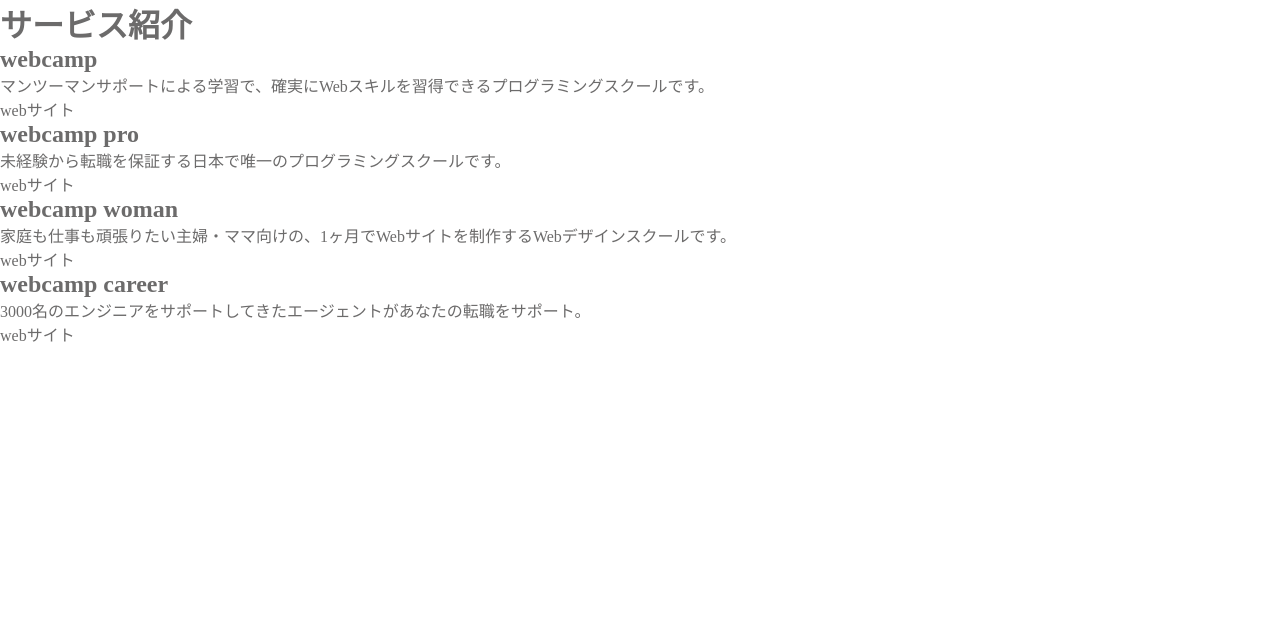
Repository: Souax/prac_20231021
Page: dev/2.html
The author's editor kept a record of every edit. The page is drawn from the files as they stood at one moment, then again after the next edit.
The browser window is 1280 px wide. The pictures show the whole page.

Above is the page before.

### dev/2.html
<!DOCTYPE html>

<html lang="ja">
  <head>
    <meta charset="UTF-8">
    <title>2章演習</title>
    <link rel="stylesheet" href="style.css">
  </head>
  <body>
    <h1>サービス紹介</h1>

    <h2>webcamp</h2>
    <p>マンツーマンサポートによる学習で、確実にWebスキルを習得できるプログラミングスクールです。</p>
    <a href="https://web-camp.io/">webサイト</a>

    <h2>webcamp pro</h2>
    <p>未経験から転職を保証する日本で唯一のプログラミングスクールです。</p>
    <a href="http://web-camp.io/pro/">webサイト</a>

    <h2>webcamp woman</h2>
    <p>家庭も仕事も頑張りたい主婦・ママ向けの、1ヶ月でWebサイトを制作するWebデザインスクールです。</p>
    <a href="http://web-camp.io/woman/">webサイト</a>

    <h2>webcamp career</h2>
    <p>3000名のエンジニアをサポートしてきたエージェントがあなたの転職をサポート。</p>
    <a href="http://web-camp.io/career/">webサイト</a>
  </body>

</html>

### caravan/style.css
*{
  margin:0;
  padding:0;
  box-sizing:border-box;
  color:#6c6b6b;
}

a{
  text-decoration:none;
}

header{
  width:90%;
  padding:15px 0;
  margin:0 auto;
  text-align:center;
}

header .heading{
  font-size:32px;
}

.nav-list{
  text-align:center;
  padding:10px 0;
  margin:0 auto;
}

.nav-list-item{
  list-style: none;
  display:inline-block;
  margin:0 20px;
}

.main-visual{
  width:100%;
  height:300px;
  background-image:url(img/mv.jpg);
  background-size:cover;
  background-position:center;
}

.main-visual-content{
  width:40%;
  height:300px;
  background-color:rgba(0,0,0,0.5);
  text-align:center;
  padding-top:105px;
}

.main-visual-text{
  color:#fff;
}

.main-visual-name{
  margin-top:30px;
  color:#fff;
}

main{
  width:800px;
  display:flex;
  justify-content:center;
  margin:0 auto;
  padding:70px 0;
}

.blog{
  width:540px;
  margin-right:30px;
}

.blog-heading{
  border-bottom:8px solid #f7f7f7;
  text-align:center;
  line-height:0.6;
}

.blog-box{
  padding-top:50px;
}

.blog-item{
  padding-bottom:20px;
  margin-bottom:20px;
  border-bottom:1px solid #f7f7f7;
  display:flex;
  justify-content:flex-start;
}

.blog-image{
  height:180px;
}

.blog-text{
  padding:25px 0 0 30px;
}

.blog-text-heading{
  padding-bottom:15px;
}

.blog-date{
  font-size:12px;
  display:inline-block;
}

.category {
  display: inline-block;
  padding: 5px 8px;
  background-color: #acabab;
  border-radius: 3px;
  color: #fff;
  font-size: 11px;
}


.pagination{
  text-align:center;
  padding-top:50px;
}

.pagination p{
  display:inline-block;
  width:30px;
  height:30px;
  margin:0 5px;
  color:#fff;
  background-color:#acabab;
  border-radius:3px;
  line-height: 30px
}
.sidebar{
  width:230px;
}

.common-heading{
  border-bottom:8px solid #f7f7f7;
  text-align:center;
  line-height:0.6;
}

.sidebar-contents{
  padding:50px 0;
}

.popular-text,
.categories-text {
  padding-bottom: 5px;
  border-bottom: 1px solid #f7f7f7;
  margin-bottom: 5px;
}
.popular-text:last-child,
.categories-text:last-child {
  margin: 0;
  padding: 0;
  border: none;
}

.instagram .sidebar-contents {
  display: flex;
  flex-wrap: wrap;
}


.instagram-box {
  width: 110px;
  padding-top: 110px;
  background-size: cover;
  background-position: center;
  margin-bottom: 10px;
}

.instagram-box:nth-child(odd) {
  margin: 0 10px 10px 0;
}

.instagram-box:nth-child(1) {
  background-image: url(img/airport.jpg);
}

.instagram-box:nth-child(2) {
  background-image: url(img/japan.jpg);
}

.instagram-box:nth-child(3) {
  background-image: url(img/snow.jpg);
}

.instagram-box:nth-child(4) {
  background-image: url(img/japan2.jpg);
}

.instagram-box:nth-child(5) {
  background-image: url(img/lake.jpg);
}

.instagram-box:nth-child(6) {
  background-image: url(img/road.jpg);
}
footer{
  width:100%;
  height:120px;
  text-align:center;
  line-height:120px;
  background-color:#848282;
}

.footer-text{
  color:#fff;
}

Loaded but not shown: dev/2.css (common file)

After the next edit:
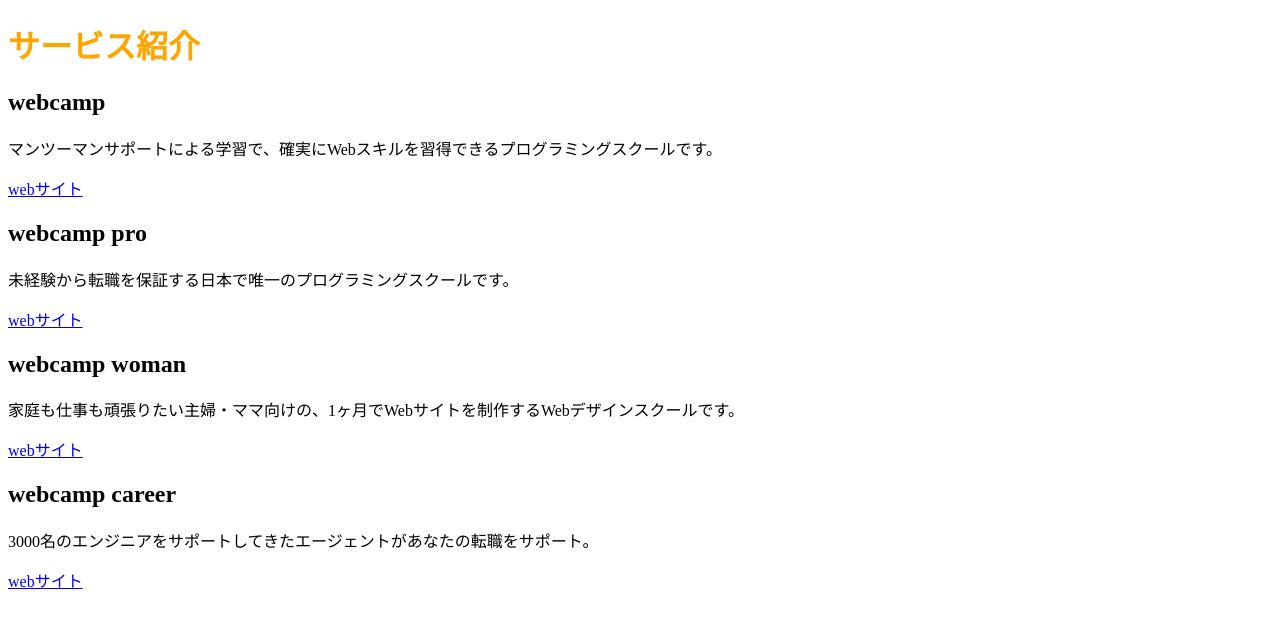
The edit:
--- a/dev/2.html
+++ b/dev/2.html
@@ -4,7 +4,7 @@
   <head>
     <meta charset="UTF-8">
     <title>2章演習</title>
-    <link rel="stylesheet" href="style.css">
+    <link rel="stylesheet" href="2.css">
   </head>
   <body>
     <h1>サービス紹介</h1>
